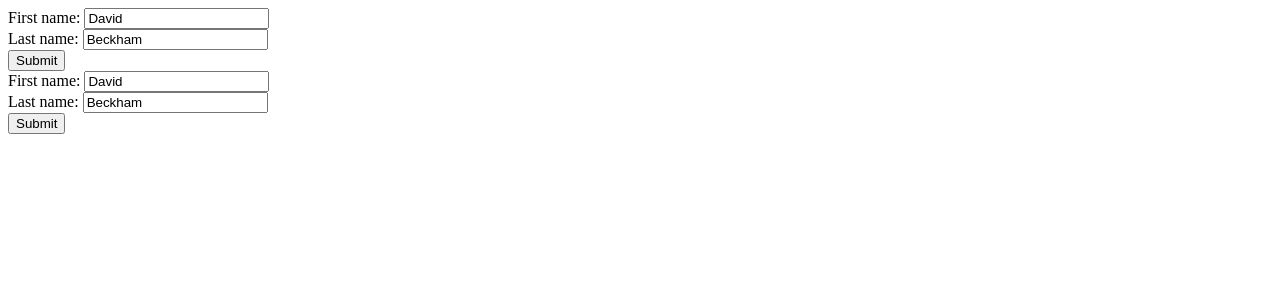
Repository: magdaf41/jQuery
Page: zadanie 3/index.html
The author's editor kept a copy of each file at every save. The page is drawn from the files as they stood at one save, then again after the next save.
The browser window is 1280 px wide. The pictures show the whole page.

Above is the page before, as saved 2020-09-08 22:09:00.
Not found: zadanie 3/js/script.js

After the next save:
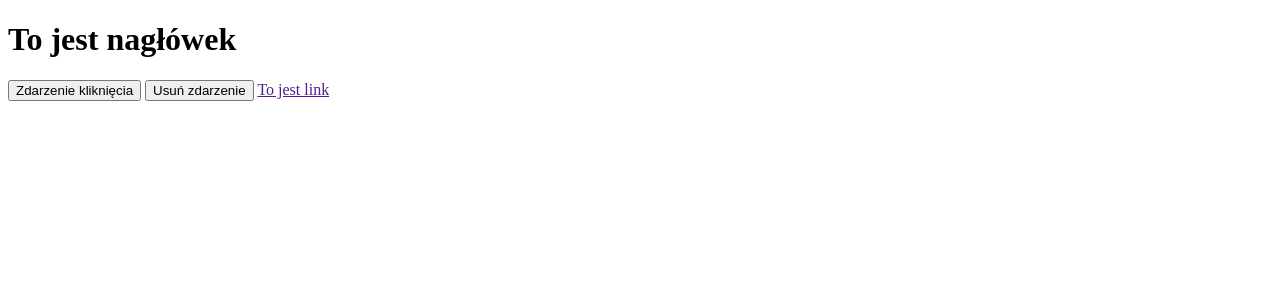
Saved 21 h 32 min later.
--- a/zadanie 3/index.html
+++ b/zadanie 3/index.html
@@ -7,34 +7,13 @@
 </head>
 
 <body>
-    <form id="form1" onsubmit="getFormvalue()">
-        <label for="fname">First name: </label>
-        <input type="text" name="fname" value="David"><br>
-        <label for="lanme">Last name: </label>
-        <input type="text" name="lname" value="Beckham"><br>
-        <input type="submit" value="Submit">
+    <h1>To jest nagłówek</h1>
+<button id="click-button">Zdarzenie kliknięcia</button>
+<button id="remove-event">Usuń zdarzenie</button>
+
+<a href="">To jest link</a>
         <script src="js/script.js"></script>
-    </form>
+
 </body>
 
 </html>
-<!DOCTYPE html>
-<html>
-
-<head>
-    <meta charset=utf-8 />
-    <title>Return first and last name from a form - w3resource</title>
-</head>
-
-<body>
-    <form id="form1" onsubmit="getFormvalue()">
-        <label for="fname">First name: </label>
-        <input type="text" name="fname" value="David"><br>
-        <label for="lanme">Last name: </label>
-        <input type="text" name="lname" value="Beckham"><br>
-        <input type="submit" value="Submit">
-        <script src="js/script.js"></script>
-    </form>
-</body>
-
-</html>
